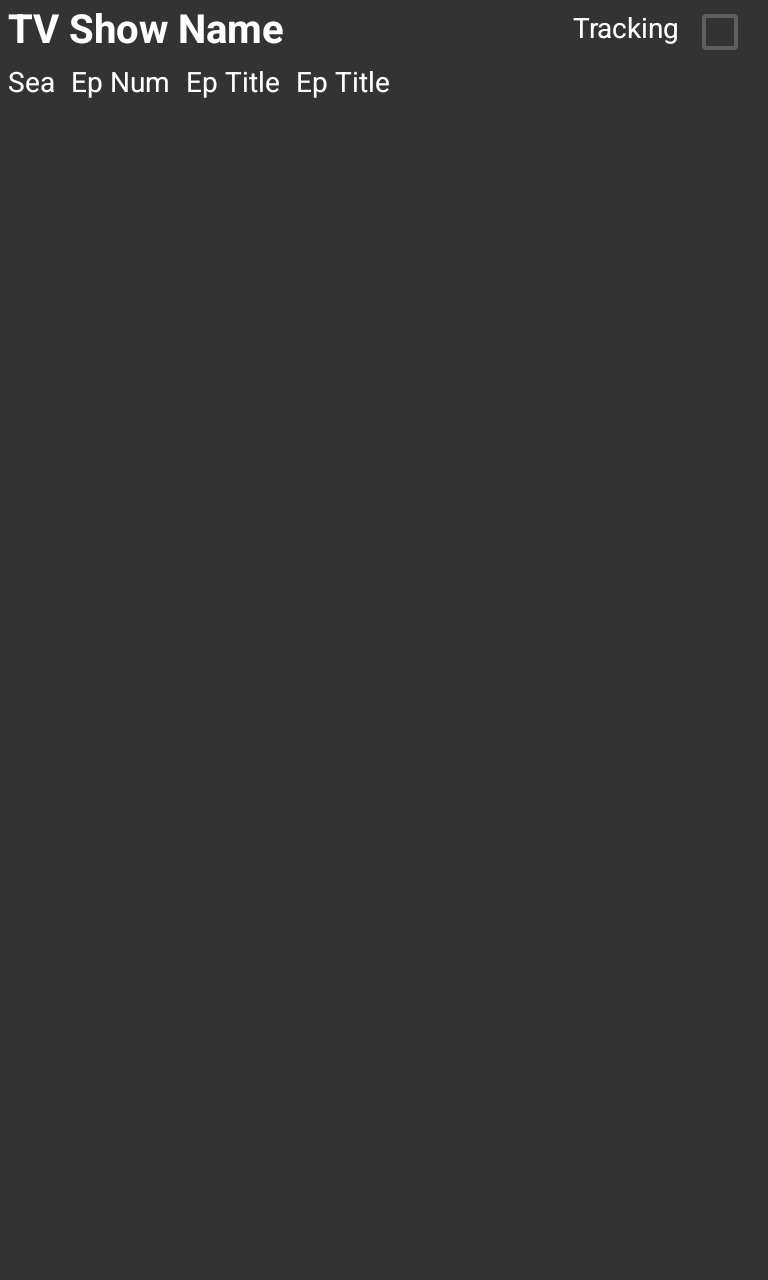
Repository: Jeedan/learning-android-apps
Layout: TvShowTracker/res/layout/list_item_tvshow.xml
These files come from the project's save history. The layout is drawn as it stood at one moment and after the next save; the edit follows.
It is drawn on a 768 x 1280 px phone screen (xhdpi) without system bars, with theme AppTheme; the app's code is not run. The app's manifest (not shown) leaves right-to-left support off. So textAlignment, textDirection and layoutDirection are ignored, and left and right values win over start and end ones.

Above is the layout before, as saved 2014-11-01 10:48:43.

### TvShowTracker/res/layout/list_item_tvshow.xml
<?xml version="1.0" encoding="utf-8"?>
<RelativeLayout xmlns:android="http://schemas.android.com/apk/res/android"
    android:layout_width="match_parent"
    android:layout_height="wrap_content" >

    <TextView
        android:id="@+id/tv_show_name_text_view"
        android:layout_width="match_parent"
        android:layout_height="wrap_content"
        android:textSize="20sp"
        android:textStyle="bold"
        android:paddingLeft="4dp"
        android:paddingRight="4dp"
        android:text="@string/tv_show_name"
        android:textColor="@android:color/background_light"/>

    <CheckBox android:id="@+id/tracked_tv_show_check_box"
        android:layout_width="wrap_content"
        android:layout_height="wrap_content"
        android:layout_alignParentRight="true"
        android:layout_alignParentEnd="true"
        android:padding="4dp"
        android:enabled="false"
        android:focusable="false"/>

    <TextView
        android:id="@+id/tracking_text_View"
        android:layout_width="wrap_content"
        android:layout_height="wrap_content"
        android:layout_toStartOf="@id/tracked_tv_show_check_box"
        android:layout_toLeftOf="@id/tracked_tv_show_check_box"
        android:paddingLeft="4dp"
        android:paddingRight="4dp"
        android:paddingTop="4dp"
 	    android:text="@string/tracking_text_check_box"
        android:textColor="@android:color/background_light"/>

	<TextView
        android:id="@+id/tv_show_season_text_view"
        android:layout_width="wrap_content"
        android:layout_height="wrap_content"
        android:paddingLeft="4dp"
        android:paddingRight="4dp"
        android:paddingTop="4dp"
        android:layout_below="@id/tv_show_name_text_view"
        android:text="@string/tv_show_season"
        android:textColor="@android:color/background_light"/>

	<TextView
        android:id="@+id/tv_show_episode_number_text_view"
        android:layout_width="wrap_content"
        android:layout_height="wrap_content"
        android:paddingLeft="4dp"
        android:paddingRight="4dp"
        android:paddingTop="4dp"
        android:layout_below="@id/tv_show_name_text_view"
        android:layout_toEndOf="@id/tv_show_season_text_view"
        android:layout_toRightOf="@id/tv_show_season_text_view"
        android:text="@string/tv_show_episode_number"
        android:textColor="@android:color/background_light"/>

	<TextView
        android:id="@+id/tv_show_episode_text_view"
        android:layout_width="wrap_content"
        android:layout_height="wrap_content"
        android:paddingLeft="4dp"
        android:paddingRight="4dp"
        android:paddingTop="4dp"
        android:layout_below="@id/tv_show_name_text_view"
        android:layout_toEndOf="@id/tv_show_episode_number_text_view"
        android:layout_toRightOf="@id/tv_show_episode_number_text_view"
        android:text="@string/tv_show_episode_title"
        android:textColor="@android:color/background_light"/>

	<TextView
        android:id="@+id/show_release_date"
        android:layout_width="wrap_content"
        android:layout_height="wrap_content"
        android:paddingLeft="4dp"
        android:paddingRight="4dp"
        android:paddingTop="4dp"
        android:layout_below="@id/tv_show_name_text_view"
        android:layout_toEndOf="@id/tv_show_episode_text_view"
        android:layout_toRightOf="@id/tv_show_episode_text_view"
        android:text="@string/tv_show_episode_title"
        android:textColor="@android:color/background_light"/>

</RelativeLayout>

### TvShowTracker/res/values-v21/styles.xml
<resources>

    <!--
        Base application theme for API 14+. This theme completely replaces
        AppBaseTheme from BOTH res/values/styles.xml and
        res/values-v11/styles.xml on API 14+ devices.
    -->
    <style name="AppBaseTheme" parent="@android:style/Theme.Material">
        <!-- API 21 theme customizations can go here. -->
     	<!-- Main theme colors -->
	    <!--   your app branding color for the app bar (Action bar_)-->
	    <item name="android:colorPrimary">@color/primary</item>
	    <!--   darker variant for the status bar and contextual app bars -->
	    <item name="android:colorPrimaryDark">@color/primary_dark</item>
	    <!--   theme UI controls like checkboxes and text fields -->
	    <item name="android:colorAccent">@color/accent</item>
	    <!--   winow background -->
	    <item name="android:windowBackground">@color/windowBackground</item>
	    <!--   Text but don't know if it is for all texts -->
	    <item name="android:textColorPrimary">@color/textColorPrimary_Light</item>
    </style>

        <!-- Application theme. -->
    <style name="AppTheme" parent="AppBaseTheme">
        </style>
</resources>

### TvShowTracker/res/values/colors.xml
<?xml version="1.0" encoding="utf-8"?>
<resources>
    <color name="accent">#FF9D00</color>

    <!--  example: season + episode + release date info text under Show Name -->
    <color name="show_subtitle_text_view_color">#368ABF</color>

    <color name="textColorPrimary">#ffffff</color>
    <color name="textColorPrimary_Light">#666666</color>

    <color name="windowBackground">#333333</color>

    <color name="primary">#1a1a1a</color>
    <color name="primary_dark">#000000</color>

</resources>

### TvShowTracker/res/values/strings.xml
<?xml version="1.0" encoding="utf-8"?>
<resources>

    <string name="app_name">TvShowTracker</string>
    <string name="app_all_shows">All shows</string>
    <string name="app_calendar_title">Today\'s shows</string>
    <string name="action_settings">Settings</string>

    <string name="tv_show_name">TV Show Name</string>
    <string name="tv_show_season">Sea</string>
    <string name="tv_show_episode_number">Ep Num</string>
    <string name="tv_show_episode_title">Ep Title </string>
    <string name="tv_show_release_date">Release Date </string>


    <string name="empty_list">There are no TV Shows in this list.</string>


    <string name="tracking_text_check_box">Tracking</string>

</resources>

Loaded but not shown: TvShowTracker/res/values/styles.xml (common file); TvShowTracker/res/values-v11/styles.xml (common file)

After the next save:
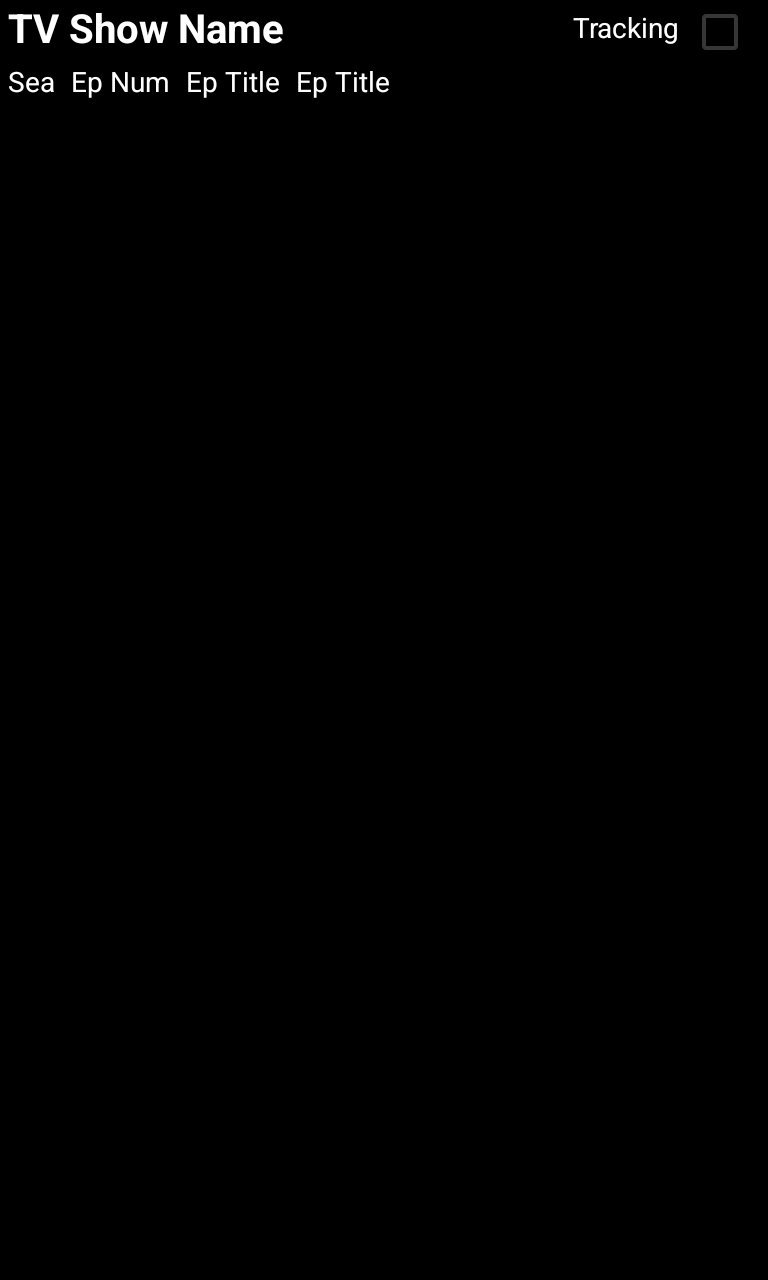
Saved 14 s later.
--- a/TvShowTracker/res/layout/list_item_tvshow.xml
+++ b/TvShowTracker/res/layout/list_item_tvshow.xml
@@ -1,7 +1,8 @@
 <?xml version="1.0" encoding="utf-8"?>
 <RelativeLayout xmlns:android="http://schemas.android.com/apk/res/android"
     android:layout_width="match_parent"
-    android:layout_height="wrap_content" >
+    android:layout_height="wrap_content"
+    android:background="@android:color/background_dark"  >
 
     <TextView
         android:id="@+id/tv_show_name_text_view"
